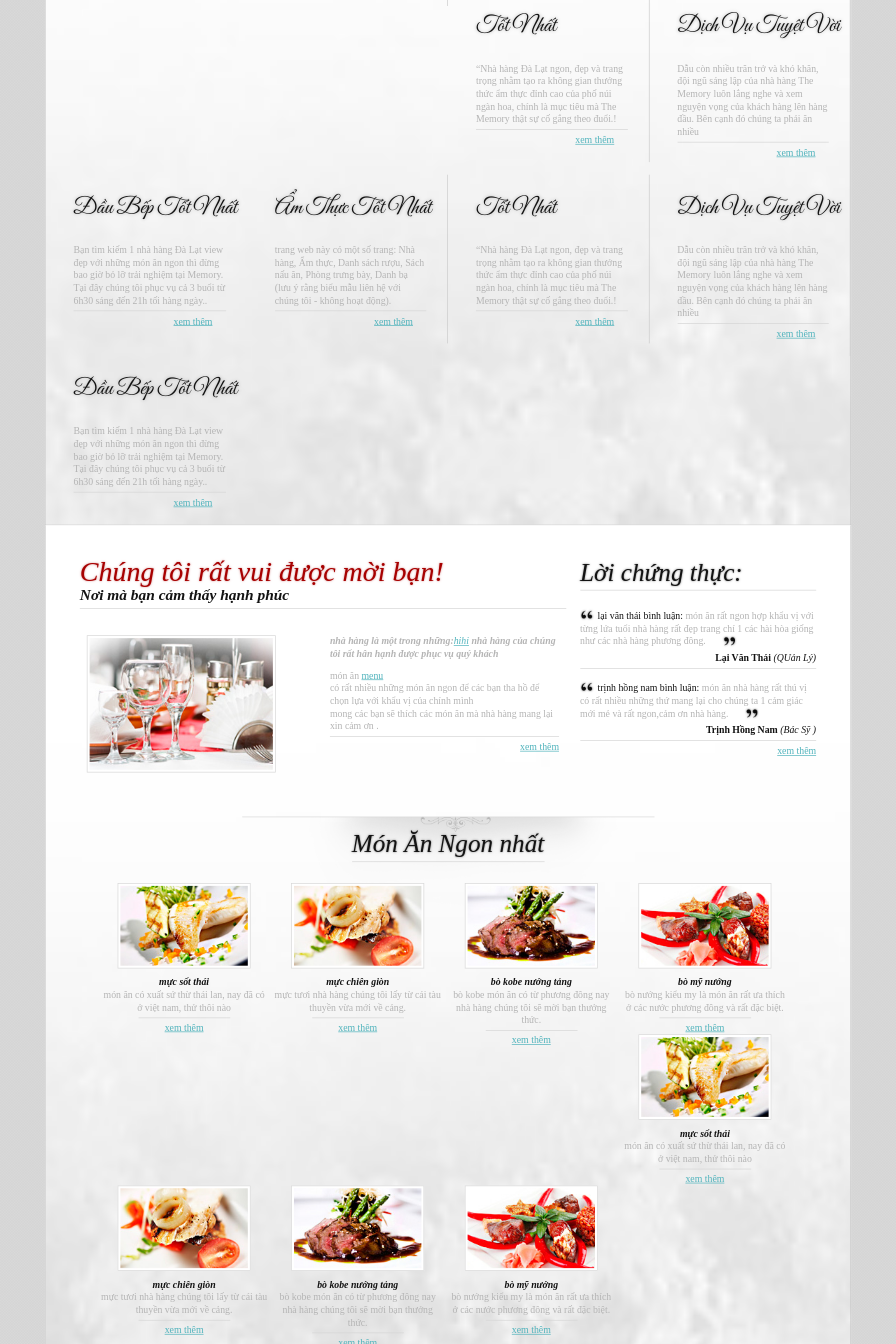
Repository: thaiLVT/DoAnThucTapNamThai
Page: index.html
The author's editor kept a copy of each file at every save. The page is drawn from the files as they stood at one save, then again after the next save.
The browser window is 1280 px wide. The pictures show the part of the page from y = 1411 to 3331 px (the page is 3510 px tall before and 3251 px after), at 70% of full size.

Above is the page before, as saved 2022-05-04 01:25:34.

After the next save:
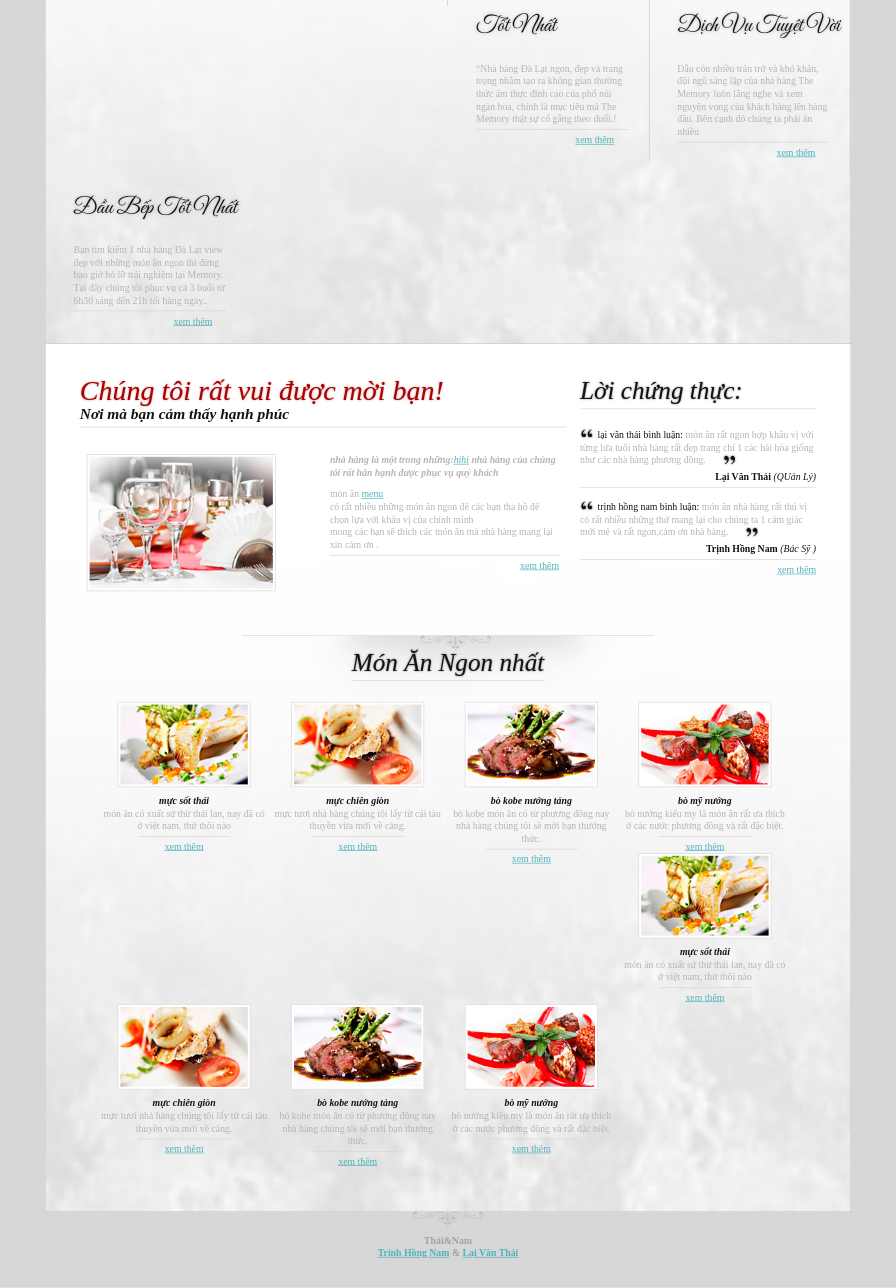
Saved 20 s later.
--- a/index.html
+++ b/index.html
@@ -177,46 +177,6 @@
                                 <a href="#" class="link-1">xem thêm</a>
                             </div>
                         </div>
-                        <div class="col-1-4">
-                            <div class="pad border-right">
-                                <div class="block-1-title">
-                                    <div class="text-1">ẩm thực tốt nhất</div>
-                                    <strong class="clear"></strong>
-                                </div>
-                                <p class="border-1">trang web này có một số trang: Nhà hàng, Ẩm thực, Danh sách rượu, Sách nấu ăn, Phòng trưng bày, Danh bạ (lưu ý rằng biểu mẫu liên hệ với chúng tôi - không hoạt động).</p>
-                                <a href="#" class="link-1">xem thêm</a>
-                            </div>
-                        </div>
-                        <div class="col-1-4">
-                            <div class="pad border-right">
-                                <div class="block-1-title">
-                                    <div class="text-1">tốt nhất</div>
-                                    <strong class="clear"></strong>
-                                </div>
-                                <p class="border-1">“Nhà hàng Đà Lạt ngon, đẹp và trang trọng nhằm tạo ra không gian thưởng thức ẩm thực đỉnh cao của phố núi ngàn hoa, chính là mục tiêu mà The Memory thật sự cố gắng theo đuổi.!</p>
-                                <a href="#" class="link-1">xem thêm</a>
-                            </div>
-                        </div>
-                        <div class="col-1-4">
-                            <div class="pad border-right">
-                                <div class="block-1-title">
-                                    <div class="text-1">dịch vụ tuyệt vời </div>
-                                    <strong class="clear"></strong>
-                                </div>
-                                <p class="border-1"> Dẫu còn nhiều trăn trở và khó khăn, đội ngũ sáng lập của nhà hàng The Memory luôn lắng nghe và xem nguyện vọng của khách hàng lên hàng đầu. Bên cạnh đó chúng ta phải ăn nhiều</p>
-                                <a href="#" class="link-1">xem thêm</a>
-                            </div>
-                        </div>
-                        <div class="col-1-4">
-                            <div class="pad">
-                                <div class="block-1-title">
-                                    <div class="text-1">đầu bếp tốt nhất</div>
-                                    <strong class="clear"></strong>
-                                </div>
-                                <p class="border-1">Bạn tìm kiếm 1 nhà hàng Đà Lạt view đẹp với những món ăn ngon thì đừng bao giờ bỏ lỡ trải nghiệm tại Memory. Tại đây chúng tôi phục vụ cả 3 buổi từ 6h30 sáng đến 21h tối hàng ngày..</p>
-                                <a href="#" class="link-1">xem thêm</a>
-                            </div>
-                        </div>
                     </div>
                     <div class="block-2 pad-1">
                         <div class="col-2-3">
